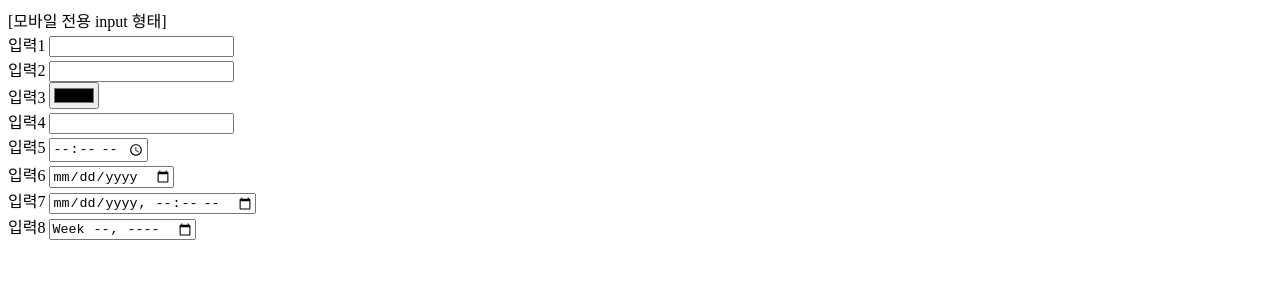
Repository: mnemion/BackendClass
Page: web/src/main/webapp/m/index.html
An editor plug-in stored every save of this project. The page is shown before and after the next save, followed by the edit.
The browser window is 1280 px wide. The pictures show the whole page.

Above is the page before, as saved 2023-08-31 05:49:52.

### web/src/main/webapp/m/index.html
<!DOCTYPE html>
<html lang="ko">
<head>
<meta charset="UTF-8">
<meta name="viewport" content="width=device-width, initial-scale=1.0">
<title>모바일 전용 웹페이지</title>
</head>
<body>
[모바일 전용 input 형태]<br>
입력1 <input type="text"><br>		<!-- 일반 입력 (P, M) -->
입력2 <input type="number"><br>	<!-- 숫자만 입력 (M) -->
입력3 <input type="color"><br>	<!-- 색상선택 (P, M) -->
입력4 <input type="tel"><br>		<!-- 전화번호 (M) -->
입력5 <input type="time"><br>		<!-- 시간선택 (P, M) -->
입력6 <input type="date"><br>		<!-- 날짜선택 (P, M) -->
입력7 <input type="datetime-local"><br>	<!-- 날짜, 시간 동시에 입력 (P, M) -->
입력8 <input type="week"><br>		<!-- 몇 주차 (P, M) -->
</body>
</html>

After the next save:
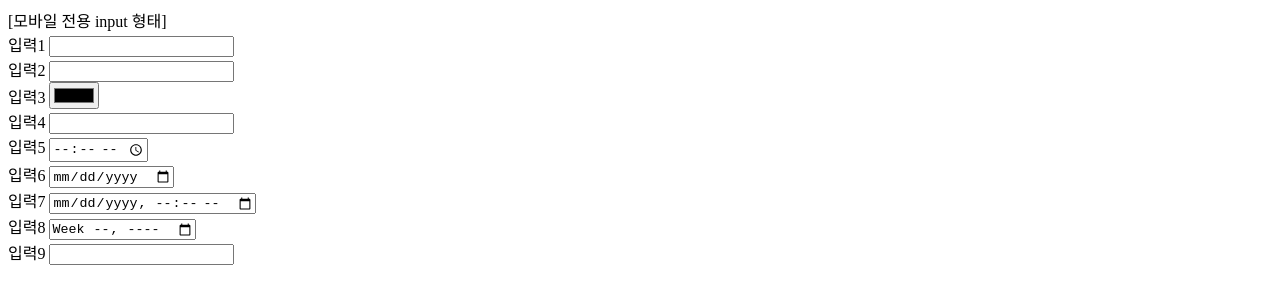
Saved 31 s later.
--- a/web/src/main/webapp/m/index.html
+++ b/web/src/main/webapp/m/index.html
@@ -15,5 +15,6 @@
 입력6 <input type="date"><br>		<!-- 날짜선택 (P, M) -->
 입력7 <input type="datetime-local"><br>	<!-- 날짜, 시간 동시에 입력 (P, M) -->
 입력8 <input type="week"><br>		<!-- 몇 주차 (P, M) -->
+입력9 <input type="email"><br>
 </body>
 </html>
